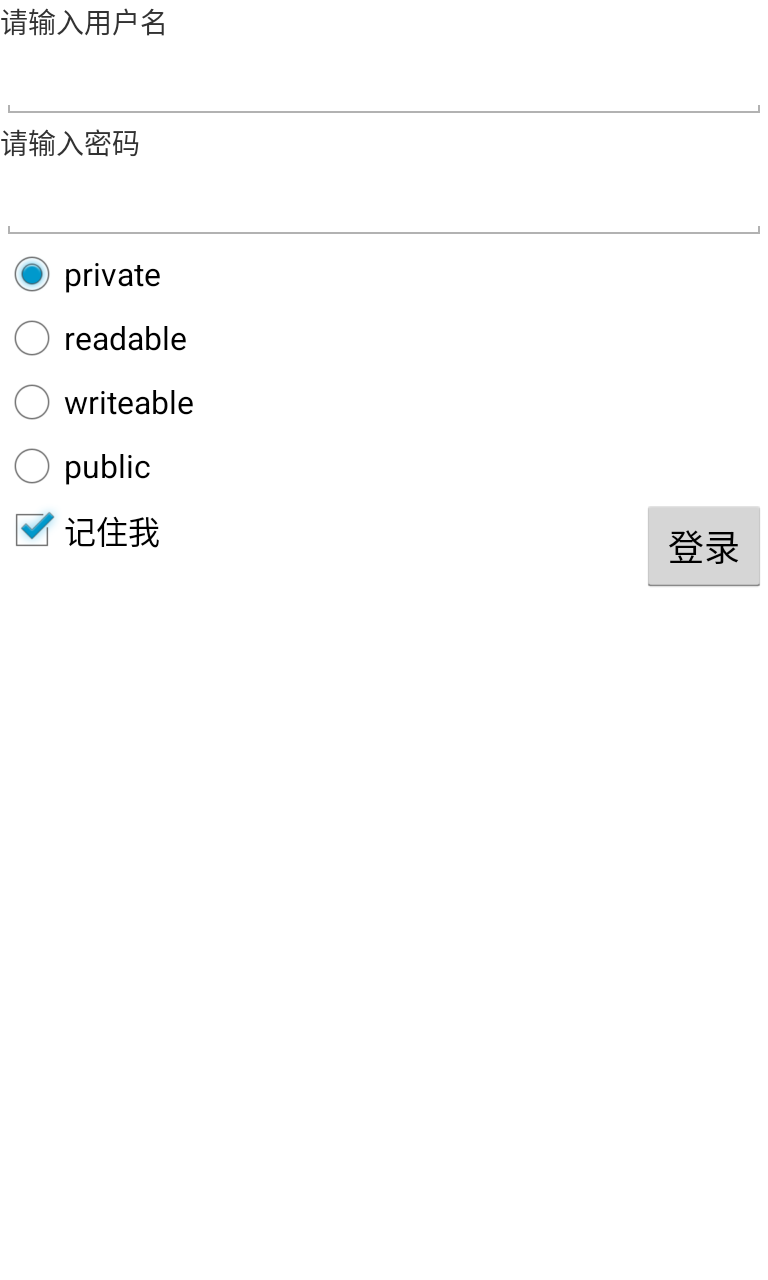
Repository: DongHuaLu/android
Layout: 11SharedPreference/res/layout/activity_main.xml
An editor plug-in stored every save of this project. The layout is shown before and after the next save, followed by the edit.
It is drawn on a 768 x 1280 px phone screen (xhdpi) without system bars, with theme AppTheme; the app's code is not run.

Above is the layout before, as saved 2013-08-21 01:15:03.

After the next save:
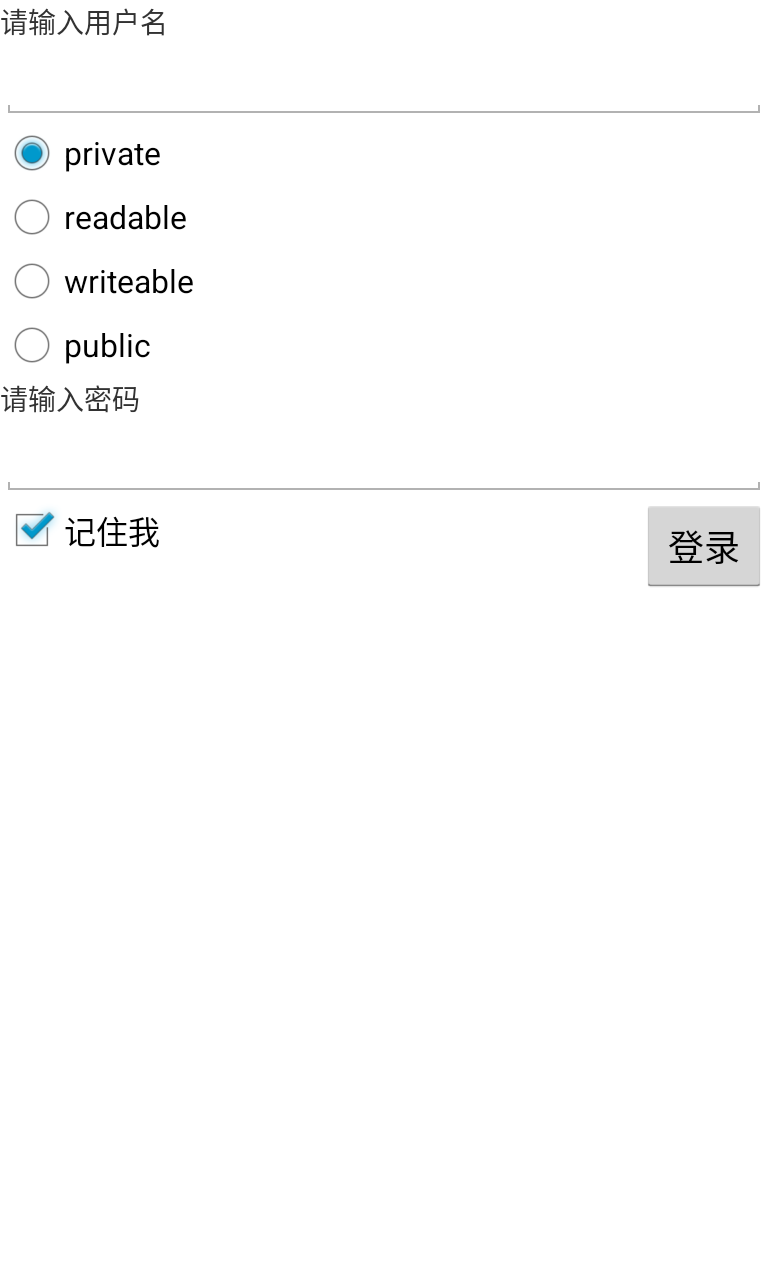
Saved 69 s later.
--- a/11SharedPreference/res/layout/activity_main.xml
+++ b/11SharedPreference/res/layout/activity_main.xml
@@ -16,19 +16,7 @@
         android:layout_height="wrap_content"
         android:inputType="text" />
 
-    <TextView
-        android:layout_width="match_parent"
-        android:layout_height="wrap_content"
-        android:text="请输入密码" />
-
-    <EditText
-        android:id="@+id/etPassword"
-        android:layout_width="match_parent"
-        android:layout_height="wrap_content"
-        android:inputType="textPassword" />
-
-
-        <RadioGroup
+            <RadioGroup
         android:id="@+id/radioGroup1"
         android:layout_width="wrap_content"
         android:layout_height="wrap_content" >
@@ -59,6 +47,20 @@
             android:text="public" />
     </RadioGroup>
 
+    <TextView
+        android:layout_width="match_parent"
+        android:layout_height="wrap_content"
+        android:text="请输入密码" />
+
+    <EditText
+        android:id="@+id/etPassword"
+        android:layout_width="match_parent"
+        android:layout_height="wrap_content"
+        android:inputType="textPassword" />
+
+
+
+
     <RelativeLayout
         android:layout_width="match_parent"
         android:layout_height="wrap_content" >
